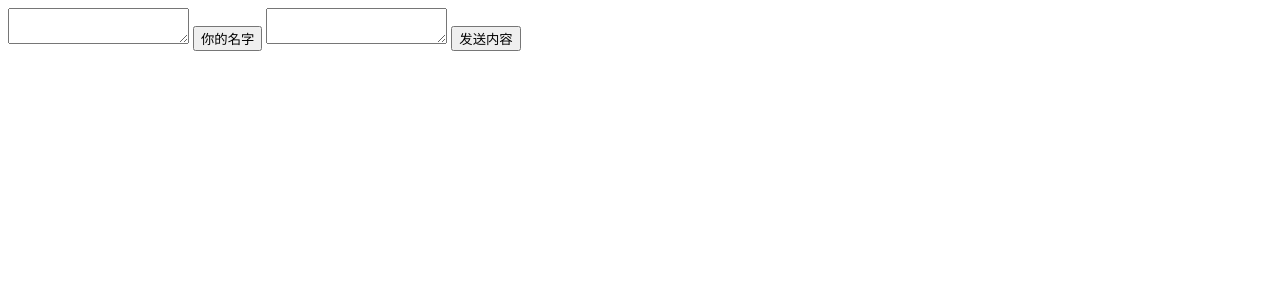
Repository: wyy511/node-socket.io
Page: client.html
An editor plug-in stored every save of this project. The page is shown before and after the next save, followed by the edit.
The browser window is 1280 px wide. The pictures show the whole page.
The page's requests for data from a server got no answer. Some web libraries are served in a nearby version.

Above is the page before, as saved 2019-11-20 19:51:36.
Console error: TypeError: Cannot set properties of null (setting 'onclick')

### client.html
<!DOCTYPE html>
<html lang="en">
<head>
  <meta charset="UTF-8">
  <meta name="viewport" content="width=device-width, initial-scale=1.0">
  <meta http-equiv="X-UA-Compatible" content="ie=edge">
  <title>吴瑶瑶的聊天室</title>
</head>
<body>
  <textarea id="rename"></textarea>
  <button id="renameBtn">你的名字</button>
  <textarea id="message"></textarea>
  <button id="messageBtn">发送内容</button>
  <script type="text/javascript" src="https://cdn.bootcss.com/socket.io/2.3.0/socket.io.js"></script>
  <script type="text/javascript">
    var socket = io.connect('/');
    document.getElementById('btn').onclick = () => {
      var val = document.getElementById('message').value;
      if (!val) return;
      socket.send(val)
      document.getElementById('message').value = '';
    }
    // 如果客户端监听到socket消息，那么执行这个方法里的回调，且得到广播的消息
    socket.on("message", (msg) => {
      if (!msg) return;
      var p = document.createElement("p");
      p.innerText = msg;
      document.body.appendChild(p);
    })
  </script>
</body>
</html>

After the next save:
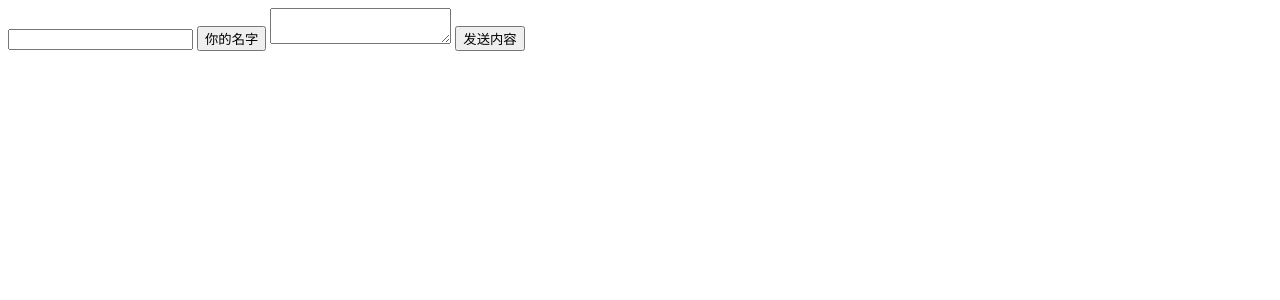
Saved 6 s later.
--- a/client.html
+++ b/client.html
@@ -7,7 +7,7 @@
   <title>吴瑶瑶的聊天室</title>
 </head>
 <body>
-  <textarea id="rename"></textarea>
+  <input id="rename"></input>
   <button id="renameBtn">你的名字</button>
   <textarea id="message"></textarea>
   <button id="messageBtn">发送内容</button>
